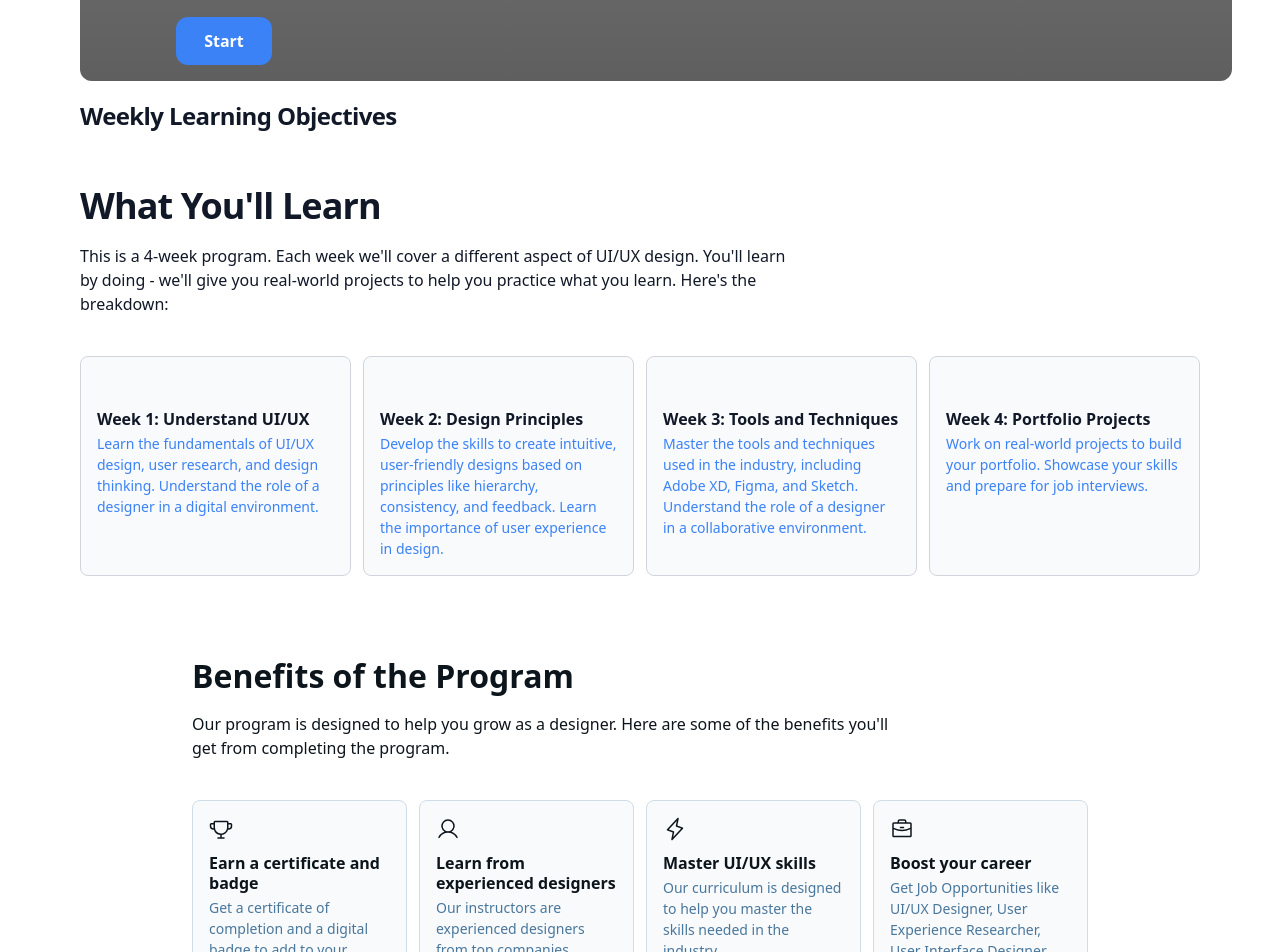
Repository: DhOMNE/HR
Page: /
These files come from the project's save history. The page is drawn as it stood at one moment and after the next save; the edit follows.
The browser window is 1280 px wide. The pictures show the part of the page from y = 543 to 1495 px (the page is 4392 px tall before and 4368 px after).
Pictures or frames that could not be fetched are drawn as grey boxes. The project was rebuilt for these pictures with package versions that can differ from the ones it lists, and the page was loaded fresh each time.

Above is the page before, as saved 2024-08-26 11:00:21.

After the next save:
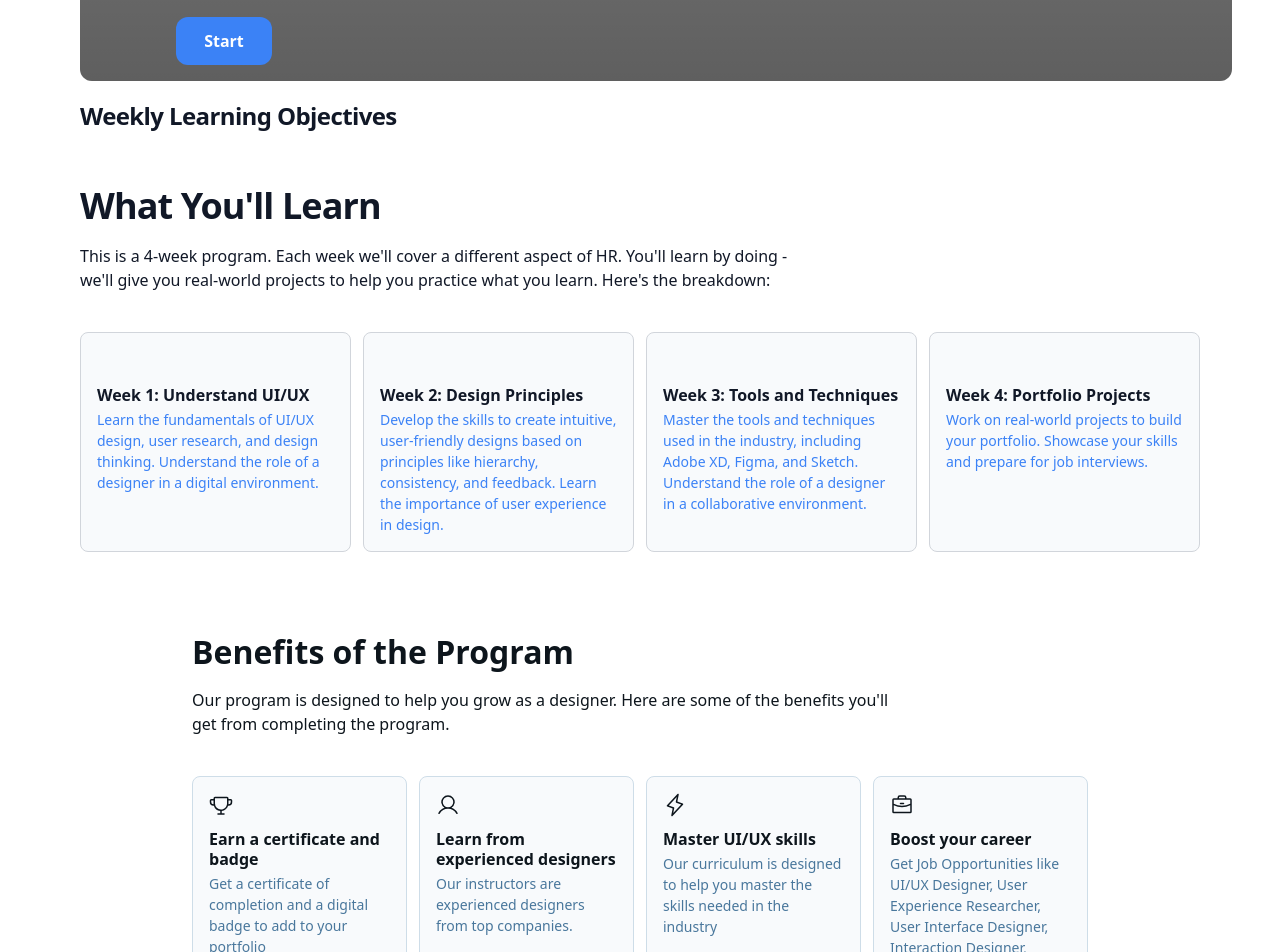
Saved 31 s later.
--- a/src/Componenets/Hero.jsx
+++ b/src/Componenets/Hero.jsx
@@ -35,7 +35,7 @@ const Hero = () => {
                 What You'll Learn
               </h1>
               <p className="text-gray-900 text-base font-normal leading-normal max-w-[720px]">
-                This is a 4-week program. Each week we'll cover a different aspect of UI/UX design. You'll learn by doing - we'll give you real-world projects to help you practice what you learn. Here's the breakdown:
+              This is a 4-week program. Each week we'll cover a different aspect of HR. You'll learn by doing - we'll give you real-world projects to help you practice what you learn. Here's the breakdown:
               </p>
             </div>
 
